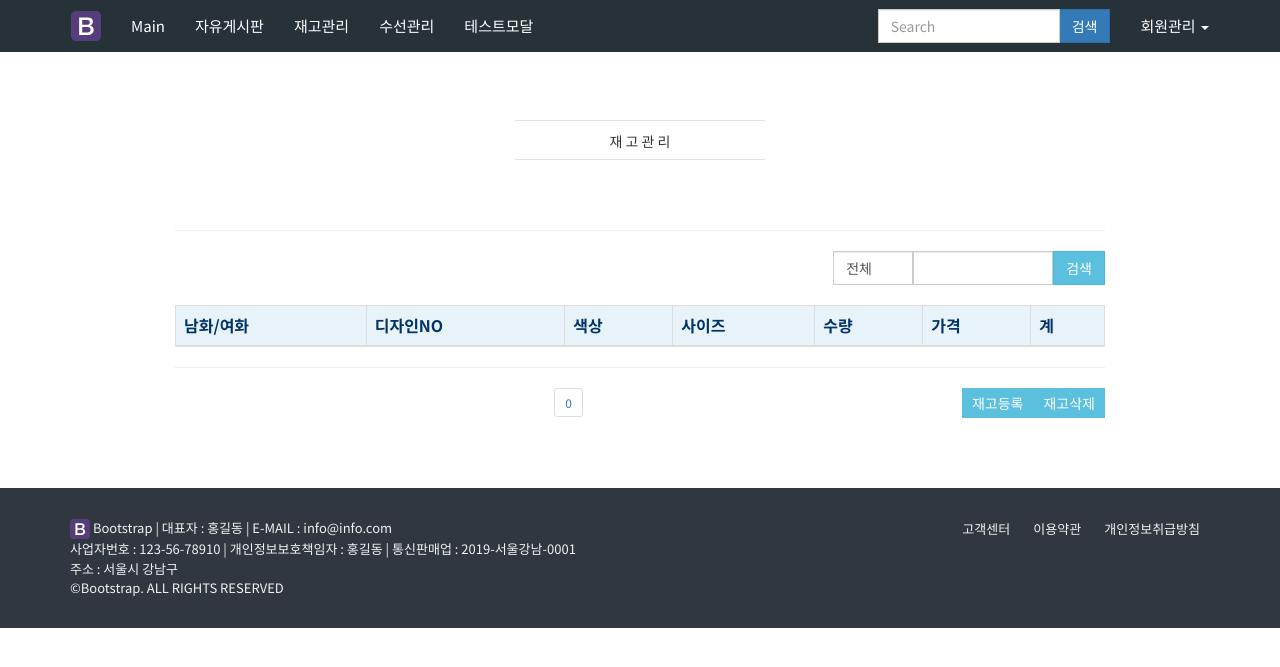
Repository: RattenLegs/Project_Inventory
Page: http://localhost/Project_Inventory/WEB-INF/views/inventoryboard/inventoryList.jsp
The author's editor kept a copy of each file at every save. The page is drawn from the files as they stood at one save, then again after the next save.
The browser window is 1280 px wide. The pictures show the whole page.
Some web libraries are served in a nearby version. The page is served by Tomcat 9. Nobody is signed in. The template is opened directly, without the code that normally fills it, so the values that code supplies are empty.

Above is the page before, as saved 2023-02-26 15:37:14.
Console error: TypeError: Cannot read properties of null (reading 'addEventListener')

After the next save:
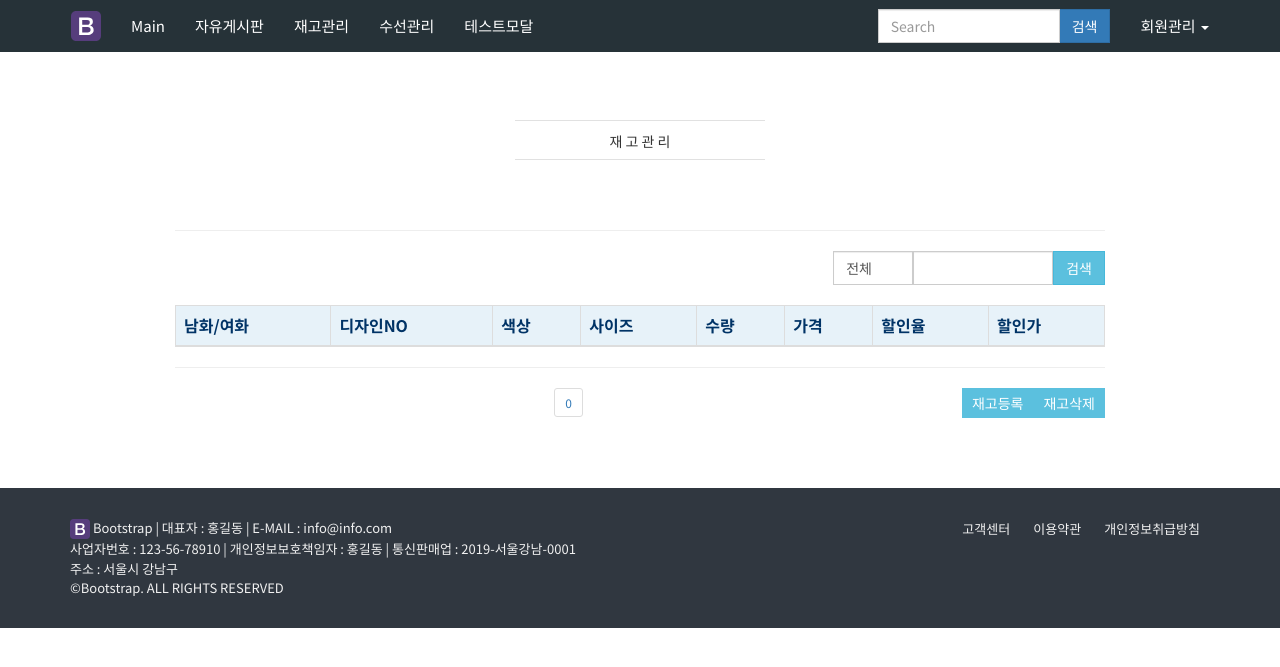
Saved 10 s later.
--- a/Project_Inventory/src/main/webapp/WEB-INF/views/inventoryboard/inventoryList.jsp
+++ b/Project_Inventory/src/main/webapp/WEB-INF/views/inventoryboard/inventoryList.jsp
@@ -30,7 +30,8 @@
 								<th>사이즈</th>
 								<th>수량</th>
 								<th>가격</th>
-								<th>계</th>
+								<th>할인율</th>
+								<th>할인가</th>
 							</tr>
 						</thead>
 
